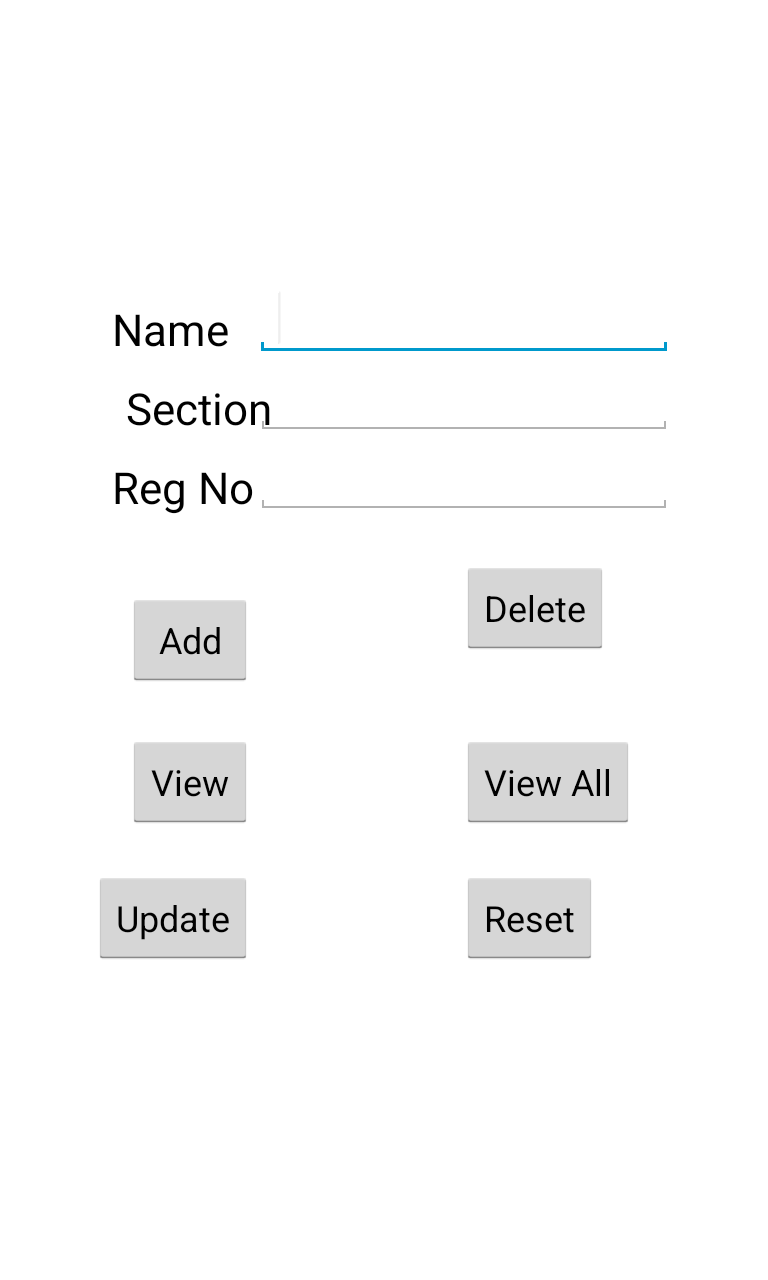
Repository: vinothknr1/aamec-mad-lab
Layout: Ex-4-Database-App/res/layout/activity_main.xml
These files come from the project's save history. The layout is drawn as it stood at one moment and after the next save; the edit follows.
It is drawn on a 768 x 1280 px phone screen (xhdpi) without system bars, with theme AppTheme; the app's code is not run.

Above is the layout before, as saved 2022-04-19 08:55:11.

After the next save:
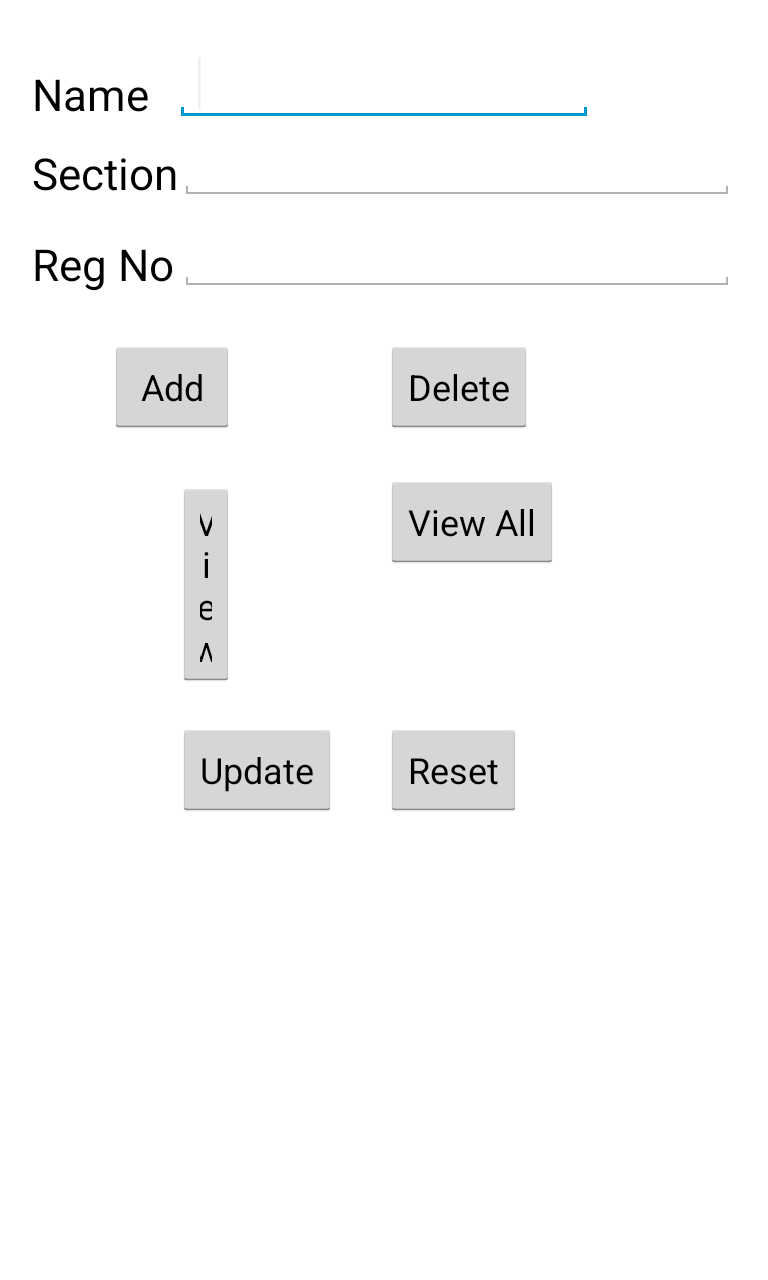
Saved 3 min 42 s later.
--- a/Ex-4-Database-App/res/layout/activity_main.xml
+++ b/Ex-4-Database-App/res/layout/activity_main.xml
@@ -10,7 +10,7 @@
 
     <Button
         android:id="@+id/button3"
-        android:layout_width="wrap_content"
+        android:layout_width="30dp"
         android:layout_height="wrap_content"
         android:layout_alignRight="@+id/button1"
         android:layout_below="@+id/button1"
@@ -27,15 +27,6 @@
         android:text="View All" />
 
     <Button
-        android:id="@+id/button5"
-        android:layout_width="wrap_content"
-        android:layout_height="wrap_content"
-        android:layout_alignRight="@+id/button3"
-        android:layout_below="@+id/button3"
-        android:layout_marginTop="20dp"
-        android:text="Update" />
-
-    <Button
         android:id="@+id/button6"
         android:layout_width="wrap_content"
         android:layout_height="wrap_content"
@@ -43,50 +34,6 @@
         android:layout_alignBottom="@+id/button5"
         android:layout_alignLeft="@+id/button4"
         android:text="Reset" />
-
-    <Button
-        android:id="@+id/button1"
-        android:layout_width="wrap_content"
-        android:layout_height="wrap_content"
-        android:layout_alignRight="@+id/textView3"
-        android:layout_centerVertical="true"
-        android:text="Add" />
-
-    <EditText
-        android:id="@+id/editText3"
-        android:layout_width="wrap_content"
-        android:layout_height="wrap_content"
-        android:layout_alignBottom="@+id/textView3"
-        android:layout_alignLeft="@+id/editText2"
-        android:ems="10" />
-
-    <EditText
-        android:id="@+id/editText2"
-        android:layout_width="wrap_content"
-        android:layout_height="wrap_content"
-        android:layout_above="@+id/editText3"
-        android:layout_alignLeft="@+id/editText1"
-        android:ems="10" />
-
-    <TextView
-        android:id="@+id/textView2"
-        android:layout_width="wrap_content"
-        android:layout_height="wrap_content"
-        android:layout_alignBottom="@+id/editText2"
-        android:layout_alignLeft="@+id/button1"
-        android:text="Section"
-        android:textAppearance="?android:attr/textAppearanceLarge" />
-
-    <TextView
-        android:id="@+id/textView3"
-        android:layout_width="wrap_content"
-        android:layout_height="wrap_content"
-        android:layout_above="@+id/button1"
-        android:layout_alignParentLeft="true"
-        android:layout_marginBottom="38dp"
-        android:layout_marginLeft="40dp"
-        android:text="Reg No"
-        android:textAppearance="?android:attr/textAppearanceLarge" />
 
     <EditText
         android:id="@+id/editText1"
@@ -103,19 +50,75 @@
         android:id="@+id/textView1"
         android:layout_width="wrap_content"
         android:layout_height="wrap_content"
-        android:layout_above="@+id/editText2"
-        android:layout_alignLeft="@+id/textView3"
+        android:layout_alignLeft="@+id/textView2"
+        android:layout_alignParentTop="true"
+        android:layout_marginTop="16dp"
         android:text="Name"
+        android:textAppearance="?android:attr/textAppearanceLarge" />
+
+    <TextView
+        android:id="@+id/textView2"
+        android:layout_width="wrap_content"
+        android:layout_height="wrap_content"
+        android:layout_alignBottom="@+id/editText2"
+        android:layout_alignParentLeft="true"
+        android:text="Section"
+        android:textAppearance="?android:attr/textAppearanceLarge" />
+
+    <EditText
+        android:id="@+id/editText2"
+        android:layout_width="wrap_content"
+        android:layout_height="wrap_content"
+        android:layout_alignParentRight="true"
+        android:layout_below="@+id/editText1"
+        android:layout_toRightOf="@+id/textView2"
+        android:ems="10" />
+
+    <EditText
+        android:id="@+id/editText3"
+        android:layout_width="wrap_content"
+        android:layout_height="wrap_content"
+        android:layout_alignBottom="@+id/textView3"
+        android:layout_alignLeft="@+id/editText2"
+        android:layout_alignParentRight="true"
+        android:ems="10" />
+
+    <TextView
+        android:id="@+id/textView3"
+        android:layout_width="wrap_content"
+        android:layout_height="wrap_content"
+        android:layout_below="@+id/textView2"
+        android:layout_marginTop="16dp"
+        android:text="Reg No"
         android:textAppearance="?android:attr/textAppearanceLarge" />
 
     <Button
         android:id="@+id/button2"
         android:layout_width="wrap_content"
         android:layout_height="wrap_content"
+        android:layout_alignBaseline="@+id/button1"
         android:layout_alignBottom="@+id/button1"
-        android:layout_alignRight="@+id/editText3"
-        android:layout_marginBottom="16dp"
-        android:layout_marginRight="32dp"
+        android:layout_alignRight="@+id/editText1"
+        android:layout_marginRight="30dp"
         android:text="Delete" />
 
+    <Button
+        android:id="@+id/button5"
+        android:layout_width="wrap_content"
+        android:layout_height="wrap_content"
+        android:layout_alignLeft="@+id/button3"
+        android:layout_below="@+id/button3"
+        android:layout_marginTop="17dp"
+        android:text="Update" />
+
+    <Button
+        android:id="@+id/button1"
+        android:layout_width="wrap_content"
+        android:layout_height="wrap_content"
+        android:layout_alignLeft="@+id/textView3"
+        android:layout_below="@+id/editText3"
+        android:layout_marginLeft="38dp"
+        android:layout_marginTop="23dp"
+        android:text="Add" />
+
 </RelativeLayout>
